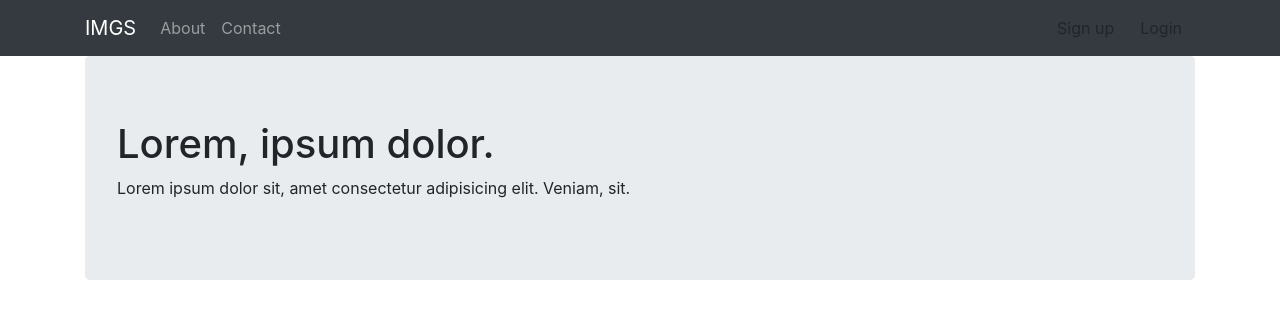
Repository: Mietlicha/exercise2
Page: index.html
An editor plug-in stored every save of this project. The page is shown before and after the next save, followed by the edit.
The browser window is 1280 px wide. The pictures show the whole page.

Above is the page before, as saved 2019-10-22 21:01:32.

After the next save:
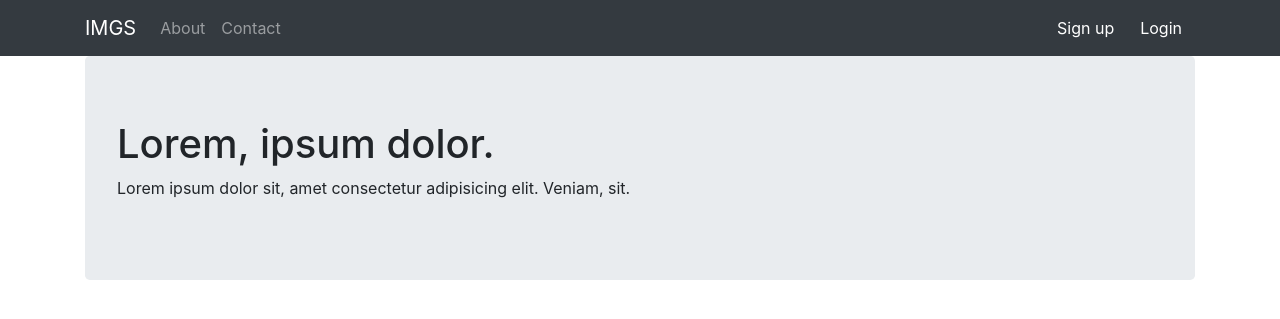
Saved 13 s later.
--- a/index.html
+++ b/index.html
@@ -29,8 +29,8 @@
                 </li>
             </ul>
               <form class="form-inline my-2 my-lg-0">
-                <button class="btn my-2 my-sm-0" type="submit">Sign up</button>
-                <button class="btn my-2 my-sm-0" type="submit">Login</button>
+                <button class="btn my-2 my-sm-0 color" type="submit">Sign up</button>
+                <button class="btn my-2 my-sm-0 color" type="submit">Login</button>
               </form>
             </div>
             </div>
